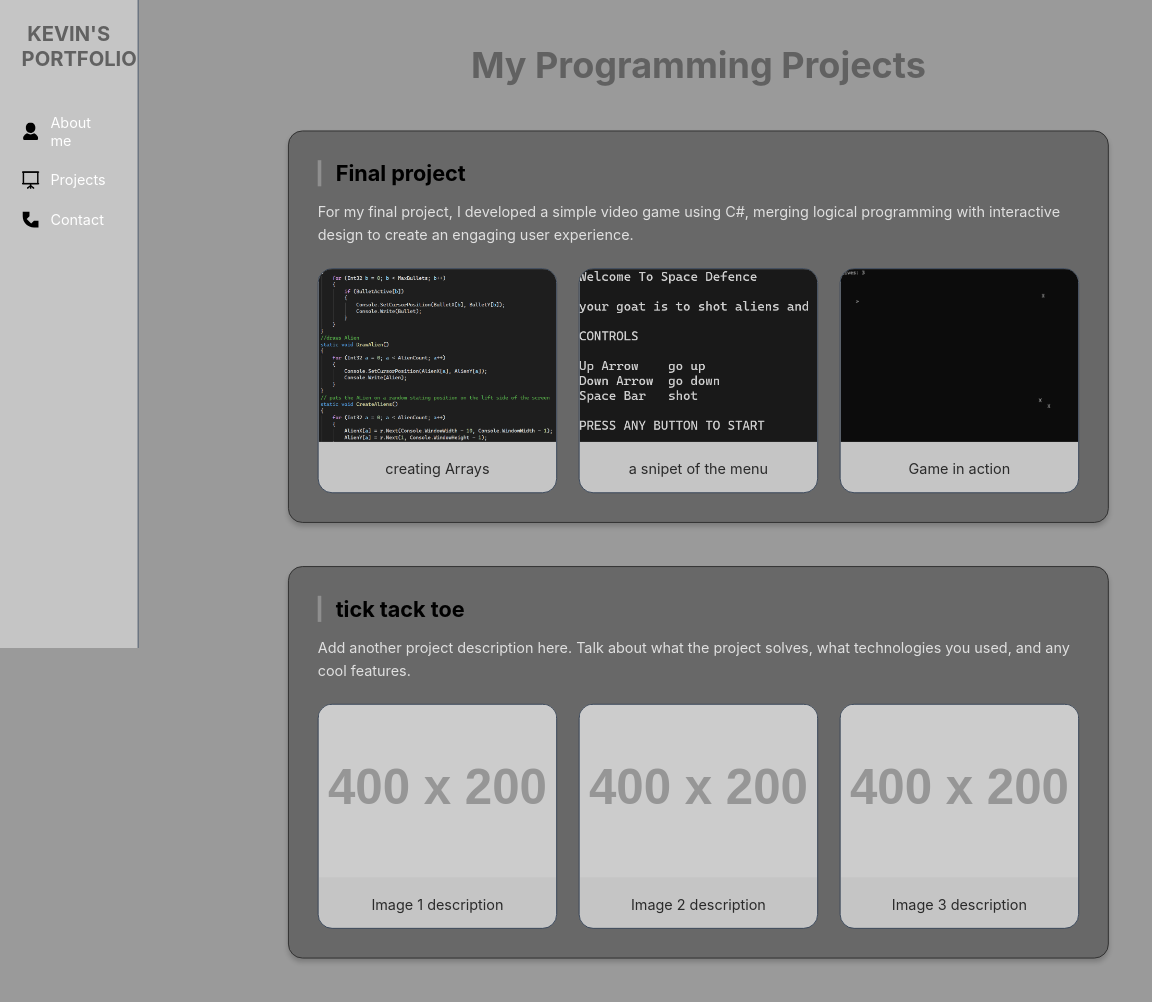
Repository: KevinSamaha/Kevin_Samaha
Page: pages/projects.html
An editor plug-in stored every save of this project. The page is shown before and after the next save, followed by the edit.
The browser window is 1280 px wide. The pictures show the whole page, at 90% of full size.

Above is the page before, as saved 2026-05-13 23:54:07.

### pages/projects.html
<!doctype html>
<html lang="en">
  <head>
    <meta charset="UTF-8" />
    <meta name="viewport" content="width=device-width, initial-scale=1.0" />
    <title>My Programming Projects</title>

    <link rel="stylesheet" href="../styles/projects.css" />
        <link rel="stylesheet" href="../styles/global.css"/>
  </head>

  <body>
    <!-- SIDEBAR -->
    <header>
      <h2 class="logo">KEVIN'S PORTFOLIO</h2>

      <nav>
        <ul class="sidebarcontainer">
          <li>
            <a class="sidebar" href="index.html">
              <img src="../Assets/images/me.svg" class="icon" />
              About me</a
            >
          </li>

          <li>
            <a class="sidebar" href="projects.html">
              <img src="../Assets/images/project.svg" class="icon" />
              Projects</a
            >
          </li>

          <li>
            <a class="sidebar" href="contact.html">
              <img src="../Assets/images/phone.svg" class="icon" />
              Contact</a
            >
          </li>
        </ul>
      </nav>
    </header>

    <!-- MAIN -->
    <main>
      <h1>My Programming Projects</h1>

      <section class="projects-container">
        <!-- PROJECT 1 -->
        <section class="project-card">
          <article>
            <h2 class="project-title">Final project</h2>

            <p class="project-description">
             For my final project, I developed a simple video game using C#,
             merging logical programming with interactive design to create
             an engaging user experience.
            </p>
          </article>

          <section class="image-gallery">
            <article class="image-card">
              <img src="../Assets/images/finalproject1.png" alt="../Assets/images/" />
              <p class="image-description">creating Arrays</p>
            </article>

            <article class="image-card">
              <img src="../Assets/images/Finalproject2.png" alt="" />
              <p class="image-description">a snipet of the menu</p>
            </article>

            <article class="image-card">
              <img src="../Assets/images/Finalproject3.png" alt="" />
              <p class="image-description">Game in action</p>
            </article>
          </section>
        </section>

        <!-- PROJECT 2 -->
        <section class="project-card">
          <article>
            <h2 class="project-title">tick tack toe</h2>

            <p class="project-description">
              Add another project description here. Talk about what the project
              solves, what technologies you used, and any cool features.
            </p>
          </article>

          <section class="image-gallery">
            <article class="image-card">
              <img src="https://via.placeholder.com/400x200" alt="" />
              <p class="image-description">Image 1 description</p>
            </article>

            <article class="image-card">
              <img src="https://via.placeholder.com/400x200" alt="" />
              <p class="image-description">Image 2 description</p>
            </article>

            <article class="image-card">
              <img src="https://via.placeholder.com/400x200" alt="" />
              <p class="image-description">Image 3 description</p>
            </article>
          </section>
        </section>
      </section>
    </main>
  </body>
</html>

### styles/projects.css
/* GENERAL */
* {
  margin: 0;
  padding: 0;
  box-sizing: border-box;
  font-family: "Inter", sans-serif;
}

body {
  background-color: #00000065;
  color: white;
  min-height: 100vh;
  display: flex;
}

/* =========================
   MAIN AREA
========================= */

main {
  margin-left: 17rem;
  width: 100%;
  padding: 3rem;
}

/* TITLE */
h1 {
  text-align: center;
  margin-bottom: 3rem;
  font-size: 2.5rem;
  color: #616161;
}

/* =========================
   PROJECTS
========================= */

.projects-container {
  display: flex;
  flex-direction: column;
  gap: 3rem;
}

.project-card {
  background-color: #686868;
  padding: 2rem;
  border-radius: 1rem;
  border: 0.0625rem solid #2b2b2b;
  box-shadow: 0 0.25rem 0.375rem rgba(0, 0, 0, 0.2);
}

.project-title {
  font-size: 1.5rem;
  margin-bottom: 1rem;
  color: #000;
  border-left: 0.25rem solid #8f8f8f;
  padding-left: 1rem;
}

.project-description {
  margin-bottom: 1.5rem;
  line-height: 1.6;
  color: #e0e0e0;
}

/* =========================
   IMAGE GRID
========================= */

.image-gallery {
  display: grid;
  grid-template-columns: repeat(auto-fit, minmax(15rem, 1fr));
  gap: 1.5rem;
}

.image-card {
  background-color: #c5c5c5;
  border-radius: 1rem;
  overflow: hidden;
  border: 0.0625rem solid #334155;
  transition: transform 0.3s ease;
}

.image-card:hover {
  transform: scale(1.03);
}

.image-card img {
  width: 100%;
  height: 12rem;
  object-fit: cover;
}

.image-description {
  padding: 1rem;
  text-align: center;
  color: #2b2b2b;
}

/* =========================
   MOBILE
========================= */

@media (max-width: 64rem) {
  header {
    width: 100%;
    height: auto;
    position: fixed;
    flex-direction: row;
    justify-content: space-between;
  }

  main {
    margin-left: 0;
    margin-top: 10rem;
    padding: 1.5rem;
  }
}

### styles/global.css
header {
  width: 12%;
  min-width: 1%;
  height: 100vh;
  background-color: #c5c5c5;
  border-right: 0.0625rem solid #334155;
  position: fixed;
  display: flex;
  flex-direction: column;
  gap: 2rem;
  padding: 1.5rem;
}

.logo {
  font-size: 1.4rem;
  font-weight: 700;
  color: #616161;
  text-align: center;
  margin-bottom: 1rem;
}

.sidebarcontainer {
  list-style: none;
  display: flex;
  flex-direction: column;
  gap: 1.5rem;
}

.sidebar {
  display: flex;
  align-items: center;
  gap: 0.75rem;
  font-size: 1rem;
  text-decoration: none;
  color: inherit;
}

.sidebar:hover {
  color: #000000;
  background-color: #8f8f8f;
  border-radius: 0.5rem;
  transition: 0.2s ease;
}

.icon {
  width: 1.25rem;
  height: 1.25rem;
}

After the next save:
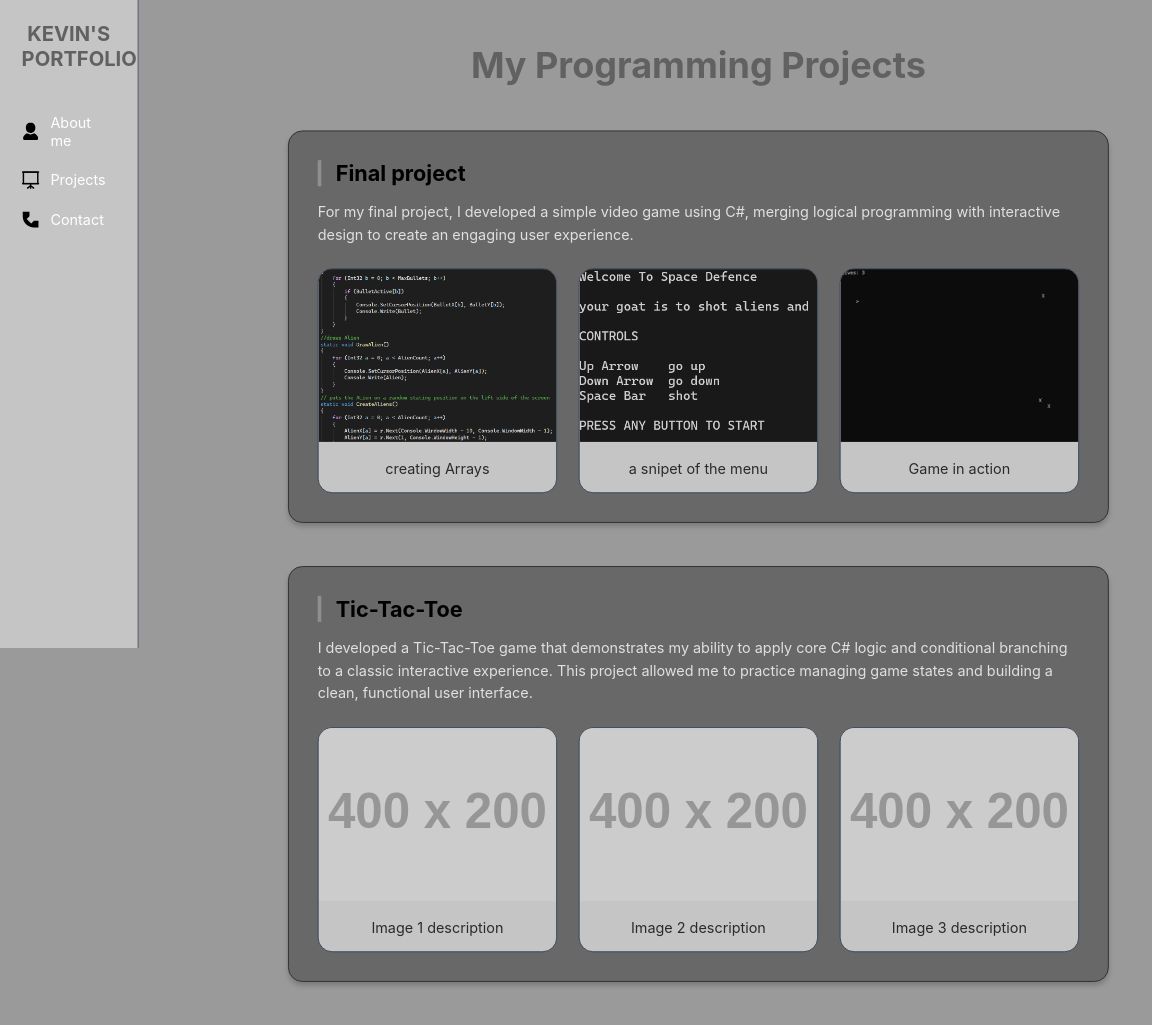
Saved 70 s later.
--- a/pages/projects.html
+++ b/pages/projects.html
@@ -78,11 +78,13 @@
         <!-- PROJECT 2 -->
         <section class="project-card">
           <article>
-            <h2 class="project-title">tick tack toe</h2>
+            <h2 class="project-title">Tic-Tac-Toe</h2>
 
             <p class="project-description">
-              Add another project description here. Talk about what the project
-              solves, what technologies you used, and any cool features.
+              I developed a Tic-Tac-Toe game that demonstrates my ability
+              to apply core C# logic and conditional branching to a classic
+              interactive experience. This project allowed me to practice managing
+              game states and building a clean, functional user interface.
             </p>
           </article>
 
